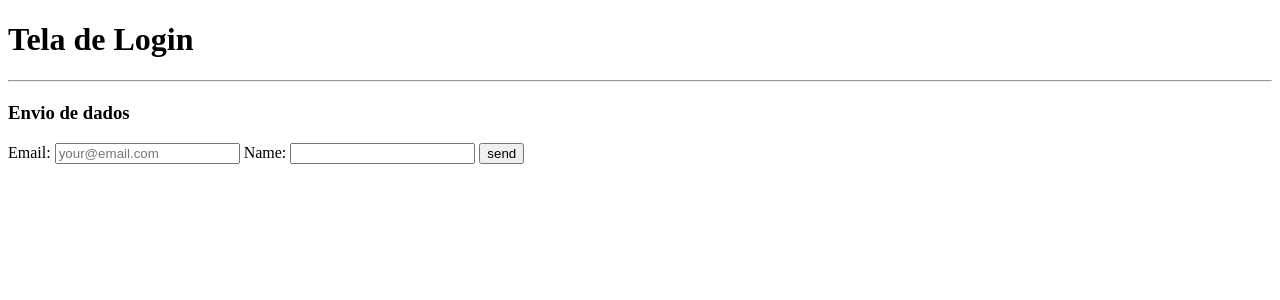
Repository: MarcioFreitasUFSC21/FrontEnd-part-1
Page: index.html
An editor plug-in stored every save of this project. The page is shown before and after a run of saves, followed by the edit.
The browser window is 1280 px wide. The pictures show the whole page.

Above is the page before, as saved 2023-04-22 19:19:21.

After the next 2 saves:
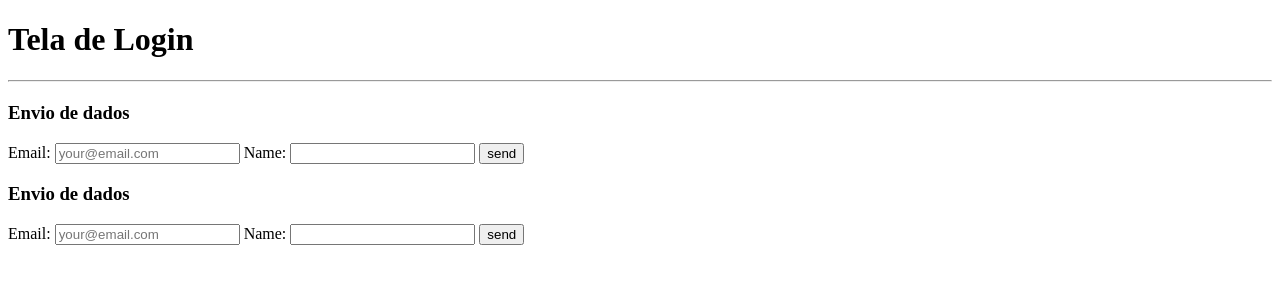
The 2 saves are shown as one change because they came seconds apart.
The last was saved 113 s later.
--- a/index.html
+++ b/index.html
@@ -18,6 +18,14 @@
                 <button type = "submit" action = "save"> send</button>
             </h2>
         </div>
+        <div>
+            <h2>
+                <h3> Envio de dados</h3>
+                <label type = "email"> Email: </label> <input type = "email" placeholder="your@email.com" ></input>
+                <label type = "text"> Name: </label> <input type = "text" ></input>
+                <button type = "submit" action = "save"> send</button>
+            </h2>
+        </div>
     </form>
 </body>
 </html>
